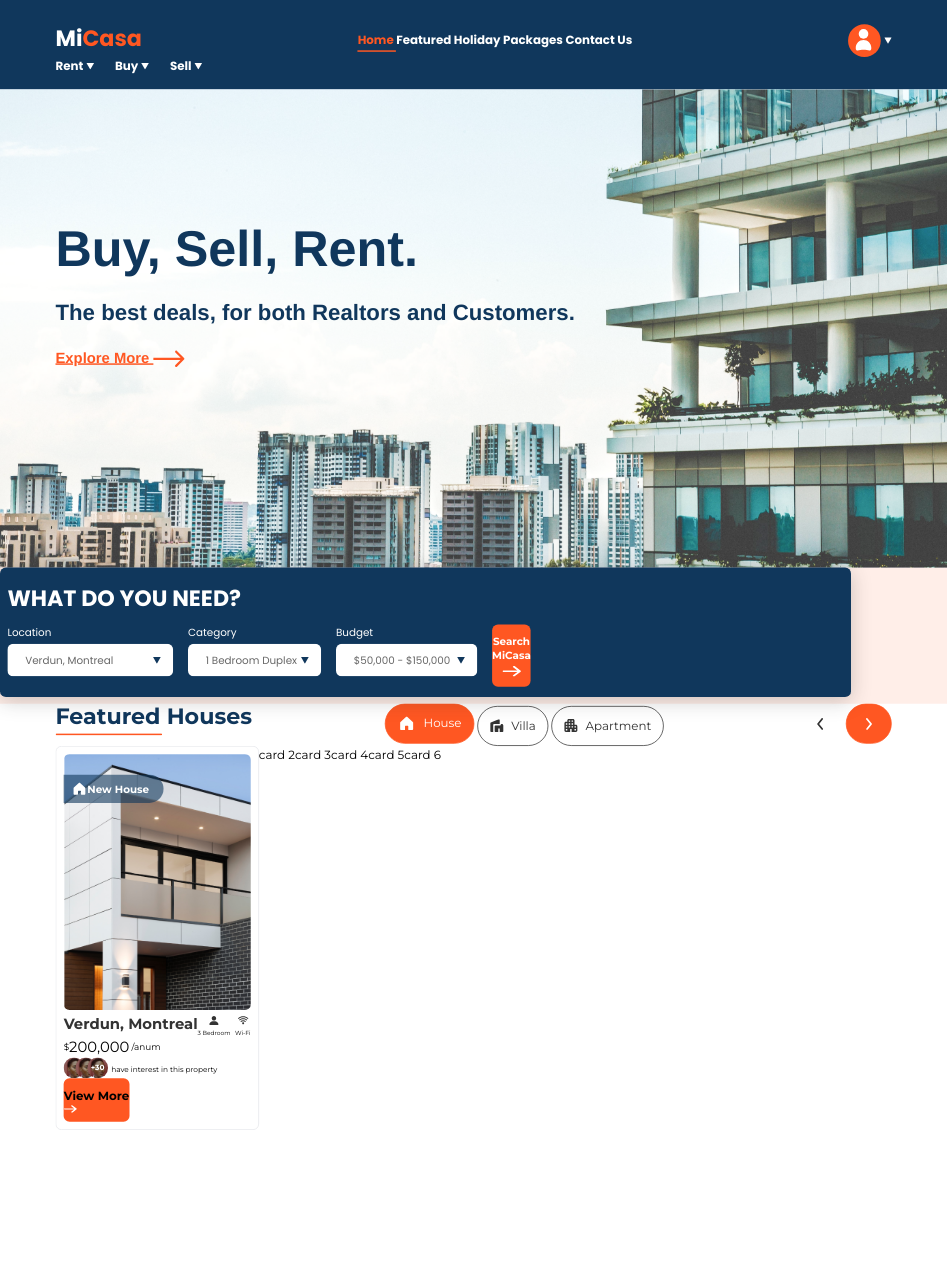
Repository: BenUnyolo/micasa-frontend
Page: index.html
These files come from the project's save history. The page is drawn as it stood at one moment and after the next save; the edit follows.
The browser window is 1280 px wide. The pictures show the whole page, at 74% of full size.

Above is the page before, as saved 2021-10-17 17:43:46.

After the next save:
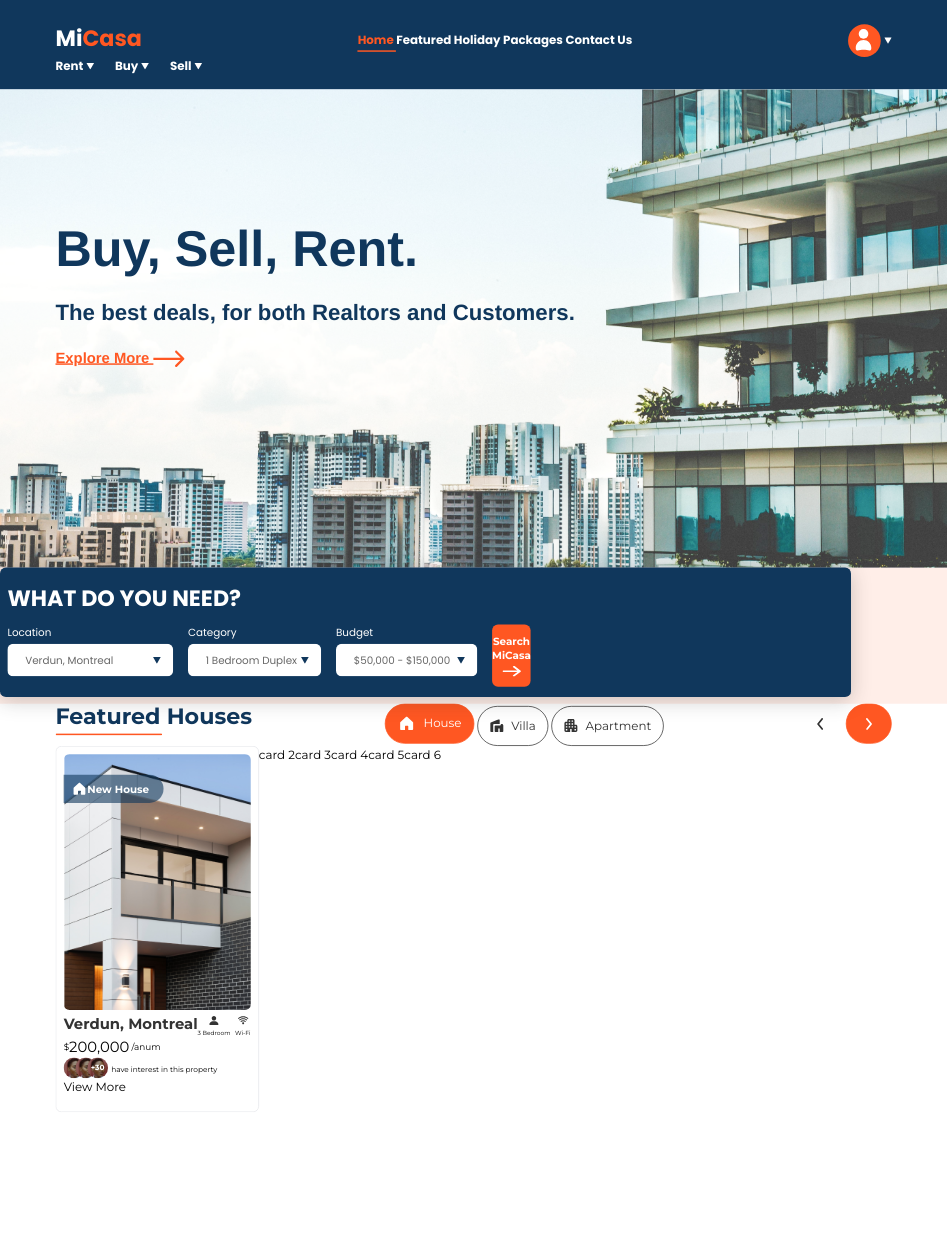
Saved 21 s later.
--- a/index.html
+++ b/index.html
@@ -455,7 +455,7 @@
           </div>
           <!-- view more button -->
           <div class="w-full">
-            <a href="#" class="btn-standard"
+            <a href="#" class=""
               >View More
               <svg
                 width="18"
